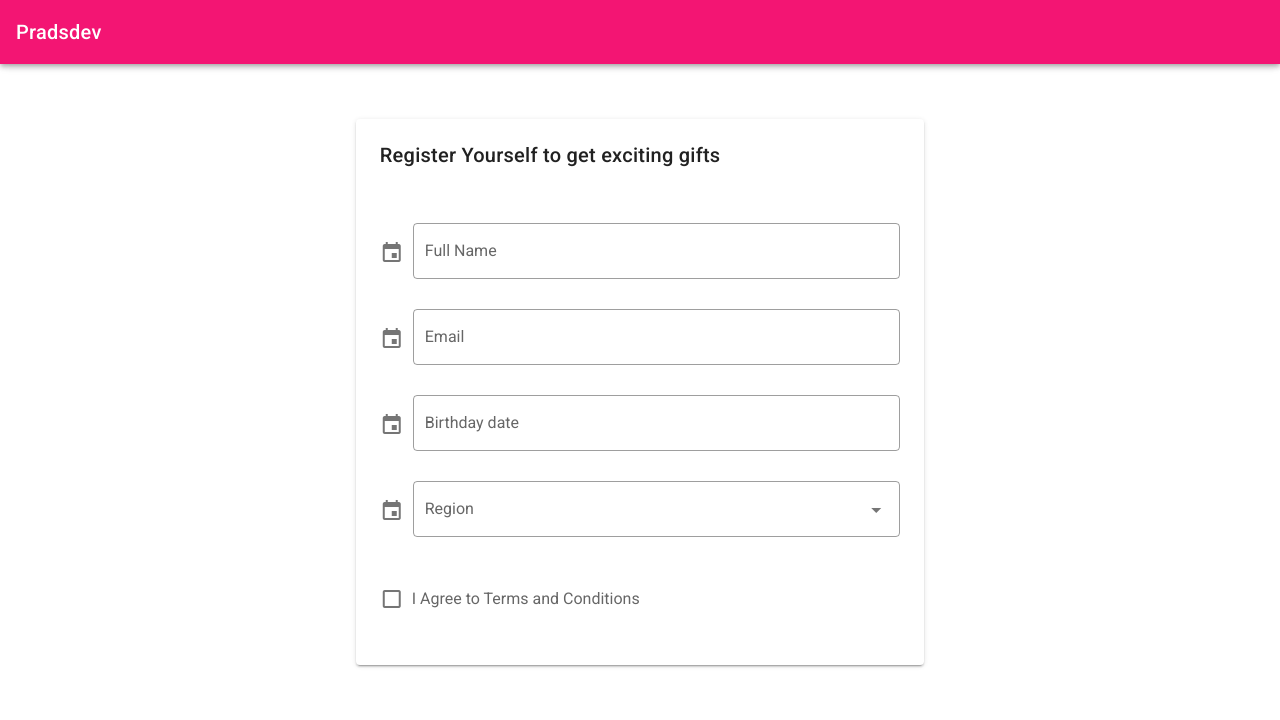
Repository: pradsdev/vue-form-validate
Page: /
The author's editor kept a copy of each file at every save. The page is drawn from the files as they stood at one save, then again after the next save.
The browser window is 1280 px wide. The pictures show the whole page.
The project was rebuilt for these pictures with package versions that can differ from the ones it lists, and the page was loaded fresh each time. Also part of the build but not shown: vue.config.js.

Above is the page before, as saved 2020-12-21 23:24:39.

### src/App.vue
<template>
  <v-app>
    <v-app-bar
      app
      color="primary"
      dark
    >
      <div class="d-flex align-center">
        <div class="title">
          Pradsdev
        </div>
      </div>
    </v-app-bar>

    <v-main>
      <HelloWorld/>
    </v-main>
  </v-app>
</template>

<script>
import HelloWorld from './components/HelloWorld'

export default {
  name: 'App',

  components: {
    HelloWorld
  },

  data: () => ({
    //
  })
}
</script>

### src/plugins/vuetify.js
import Vue from 'vue'
import Vuetify from 'vuetify/lib/framework'

Vue.use(Vuetify)

export default new Vuetify({
  theme: {
    options: {
      customProperties: true
    },
    themes: {
      light: {
        primary: '#f31573',
        secondary: '#424242',
        accent: '#82B1FF',
        error: '#FF5252',
        info: '#2196F3',
        success: '#4CAF50',
        warning: '#FFC107'
      }
    }
  }
})

### src/components/HelloWorld.vue
<template>
  <v-container fill-height>
    <v-row class="text-center justify-center">
      <v-col cols="6">
        <v-card>
          <v-card-title class="py-5 mx-2">
            Register Yourself to get exciting gifts
          </v-card-title>
          <v-form class="mx-6 py-8">
            <v-text-field
              outlined
              label="Full Name"
              prepend-icon="mdi-calendar"
            />
            <v-text-field
              outlined
              label="Email"
              prepend-icon="mdi-calendar"
            />
            <v-menu
              ref="menu"
              v-model="menu"
              :close-on-content-click="false"
              transition="scale-transition"
              offset-y
              min-width="290px"
            >
              <template v-slot:activator="{ on, attrs }">
                <v-text-field
                  v-model="date"
                  label="Birthday date"
                  prepend-icon="mdi-calendar"
                  readonly
                  outlined
                  v-bind="attrs"
                  v-on="on"
                />
              </template>
              <v-date-picker
                ref="picker"
                v-model="date"
                :max="new Date().toISOString().substr(0, 10)"
                min="1950-01-01"
                @change="save"
              />
            </v-menu>
            <v-select
              :items="items"
              label="Region"
              outlined
              prepend-icon="mdi-calendar"
            />
            <v-checkbox
              v-model="checkbox"
              label="I Agree to Terms and Conditions"
            />
          </v-form>
        </v-card>
      </v-col>
    </v-row>
  </v-container>
</template>

<script>
export default {
  name: 'HelloWorld',
  data: () => ({
    date: null,
    menu: false,
    items: ['Africa', 'Americas', 'Asia', 'Europe', 'Oceania'],
    checkbox: false
  }),
  watch: {
    menu (val) {
      val && setTimeout(() => (this.$refs.picker.activePicker = 'YEAR'))
    }
  },
  methods: {
    save (date) {
      this.$refs.menu.save(date)
    }
  }
}
</script>

Loaded but not shown: public/index.html (common file); src/main.js (common file)

After the next save:
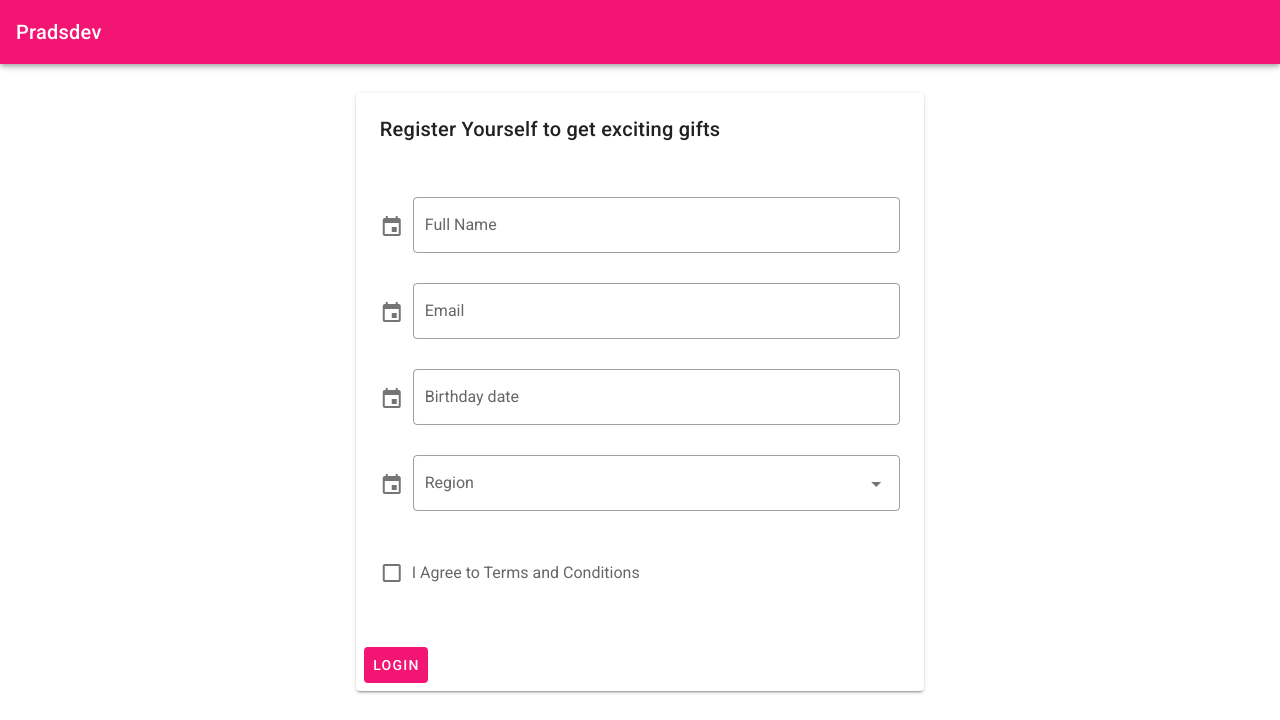
Saved 2 min 1 s later.
--- a/src/components/HelloWorld.vue
+++ b/src/components/HelloWorld.vue
@@ -55,6 +55,17 @@
               label="I Agree to Terms and Conditions"
             />
           </v-form>
+          <v-card-actions>
+          <v-btn
+                :loading="loading"
+                color="primary"
+                type="submit"
+                depressed
+                @click="login"
+              >
+                login
+              </v-btn>
+            </v-card-actions>
         </v-card>
       </v-col>
     </v-row>
